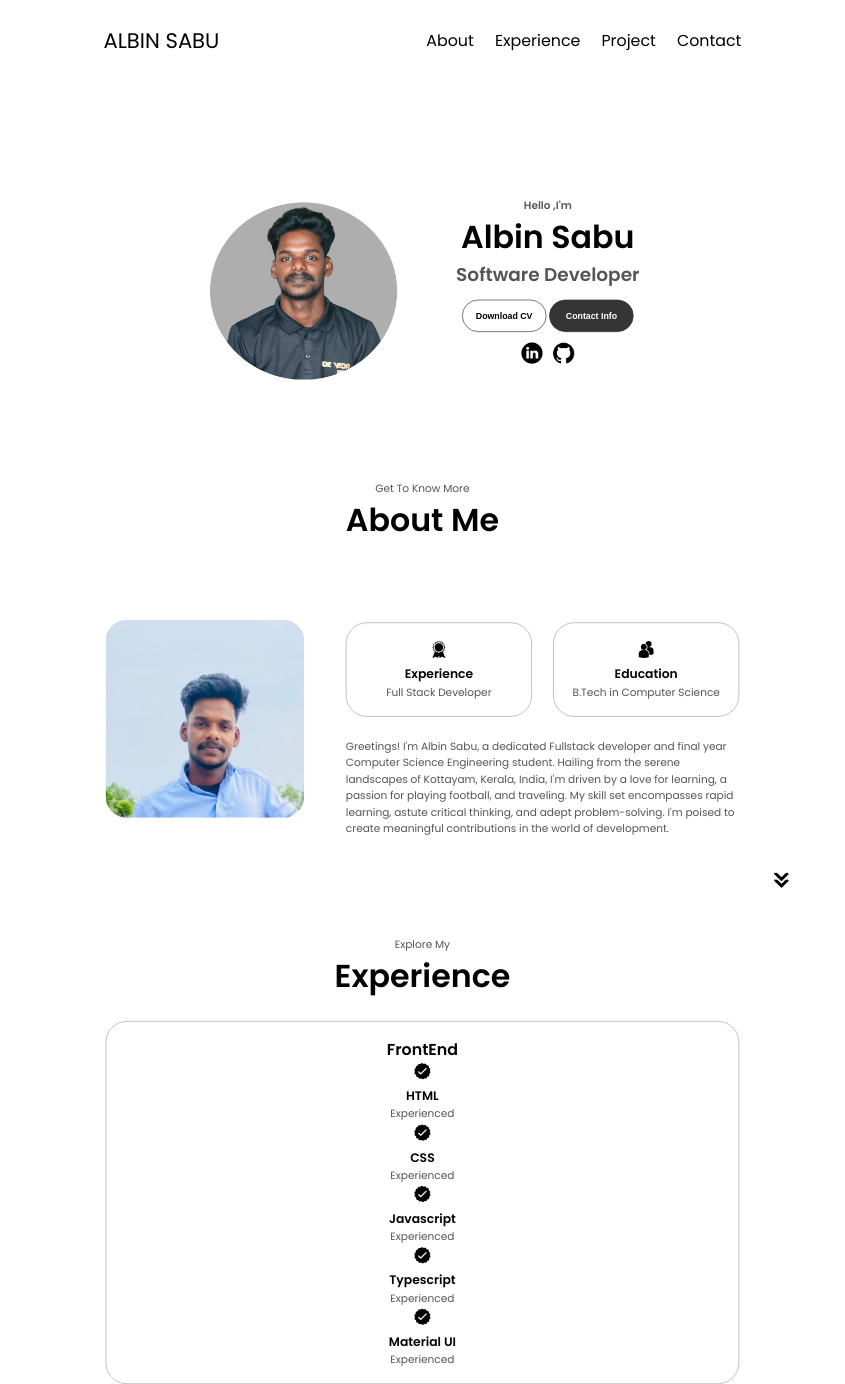
Repository: albinsabu2023/albinsabu
Page: index.html
The author's editor kept a copy of each file at every save. The page is drawn from the files as they stood at one save, then again after the next save.
The browser window is 1280 px wide. The pictures show the whole page, at 66% of full size.

Above is the page before, as saved 2023-08-30 12:48:36.

After the next save:
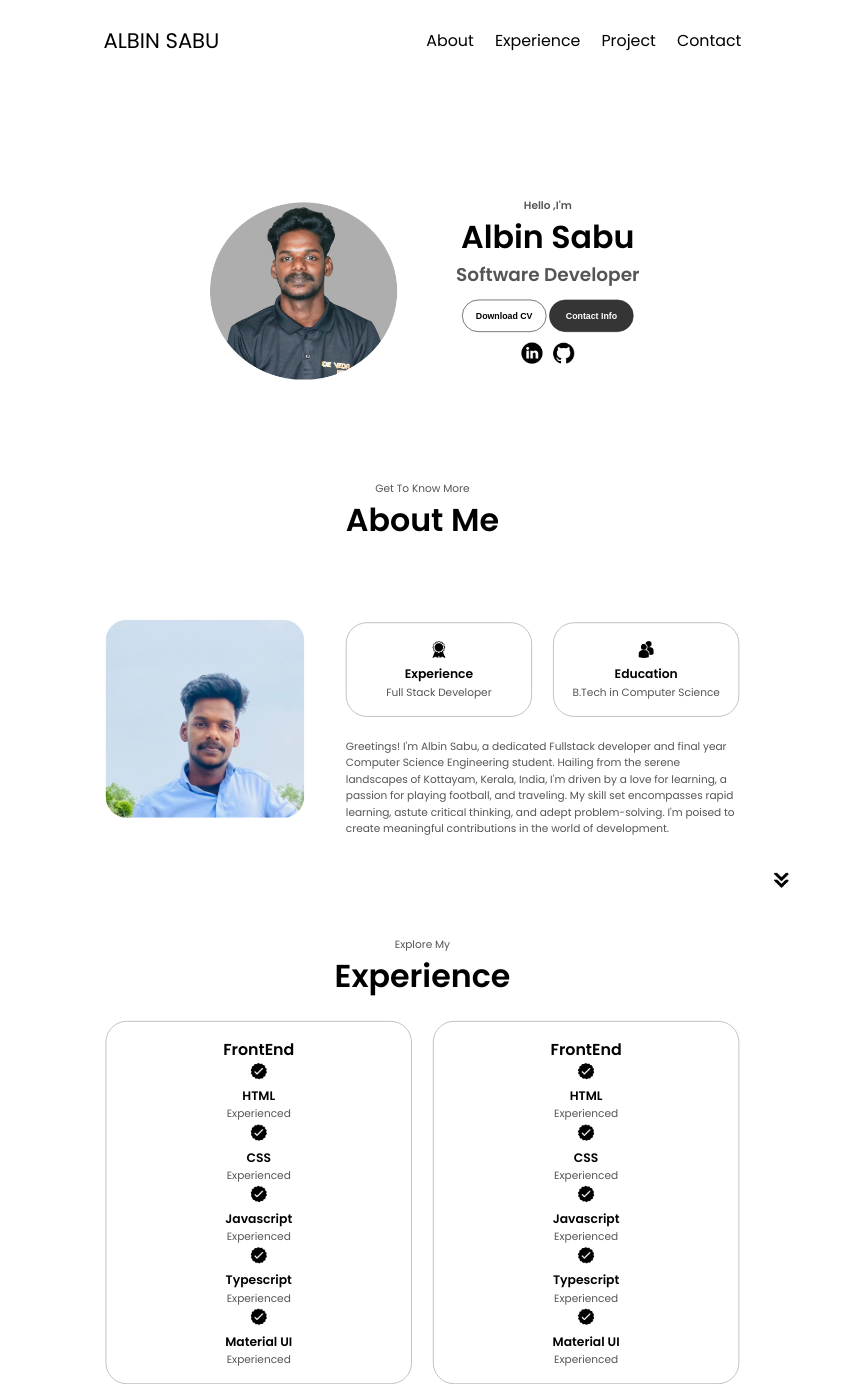
Saved 77 s later.
--- a/index.html
+++ b/index.html
@@ -135,6 +135,47 @@
 
                     </div>
                 </div>
+                <div class="details-container">
+                    <h2 class="experience-sub-title">FrontEnd</h2>
+                    <div class="article-container">
+                        <article>
+                            <img src="./assets/checkmark.png" alt="experience-icon" class="icon">
+                            <div>
+                                <h3>HTML</h3>
+                                <p>Experienced</p>
+                            </div>
+                        </article>
+                        <article>
+                            <img src="./assets/checkmark.png" alt="experience-icon" class="icon">
+                            <div>
+                                <h3>CSS</h3>
+                                <p>Experienced</p>
+                            </div>
+                        </article>
+                        <article>
+                            <img src="./assets/checkmark.png" alt="experience-icon" class="icon">
+                            <div>
+                                <h3>Javascript</h3>
+                                <p>Experienced</p>
+                            </div>
+                        </article>
+                        <article>
+                            <img src="./assets/checkmark.png" alt="experience-icon" class="icon">
+                            <div>
+                                <h3>Typescript</h3>
+                                <p>Experienced</p>
+                            </div>
+                        </article>
+                        <article>
+                            <img src="./assets/checkmark.png" alt="experience-icon" class="icon">
+                            <div>
+                                <h3>Material UI</h3>
+                                <p>Experienced</p>
+                            </div>
+                        </article>
+
+                    </div>
+                </div>
             </div>
         </div>
     </section>
